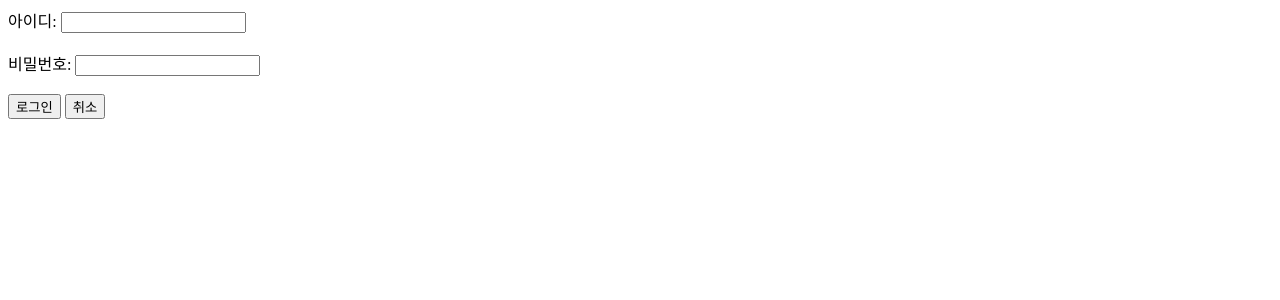
Repository: jpg723/Assignment
Page: http://localhost/Final/final_1/login_main.jsp
These files come from the project's save history. The page is drawn as it stood at one moment and after the next save; the edit follows.
The browser window is 1280 px wide. The pictures show the whole page.
The page is served by Tomcat 9. Other server files are loaded and not shown.

Above is the page before, as saved 2021-12-20 10:42:27.

### 웹프로그래밍/Final/src/main/webapp/final_1/login_main.jsp
<%@ page language="java" contentType="text/html; charset=UTF-8"
    pageEncoding="UTF-8"%>
<!DOCTYPE html>
<html>
<head>
<meta charset="UTF-8">
<title>Practice/기말고사</title>
</head>
<body>
<%
	String username = (String)session.getAttribute("username");

	if(username != null)
		out.println("<form action='session_02.jsp'>");
		session.setAttribute("username", username);
%>
<div>
	<form name="fomr1" method="POST" action="login.jsp">
		아이디: <input type="text" name="username"><br><br>
		비밀번호: <input type="password" name="uwerpw"><br><br>
		<input type="submit" value="로그인"> <input type="button" value="취소">
	</form>
</div>
</body>
</html>

After the next save:
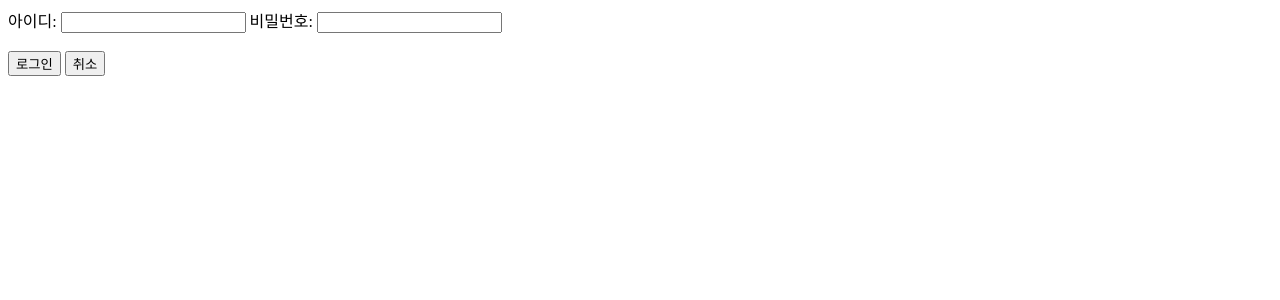
Saved 16 s later.
--- a/웹프로그래밍/Final/src/main/webapp/final_1/login_main.jsp
+++ b/웹프로그래밍/Final/src/main/webapp/final_1/login_main.jsp
@@ -16,7 +16,7 @@
 %>
 <div>
 	<form name="fomr1" method="POST" action="login.jsp">
-		아이디: <input type="text" name="username"><br><br>
+		아이디: <input type="text" name="username">
 		비밀번호: <input type="password" name="uwerpw"><br><br>
 		<input type="submit" value="로그인"> <input type="button" value="취소">
 	</form>
